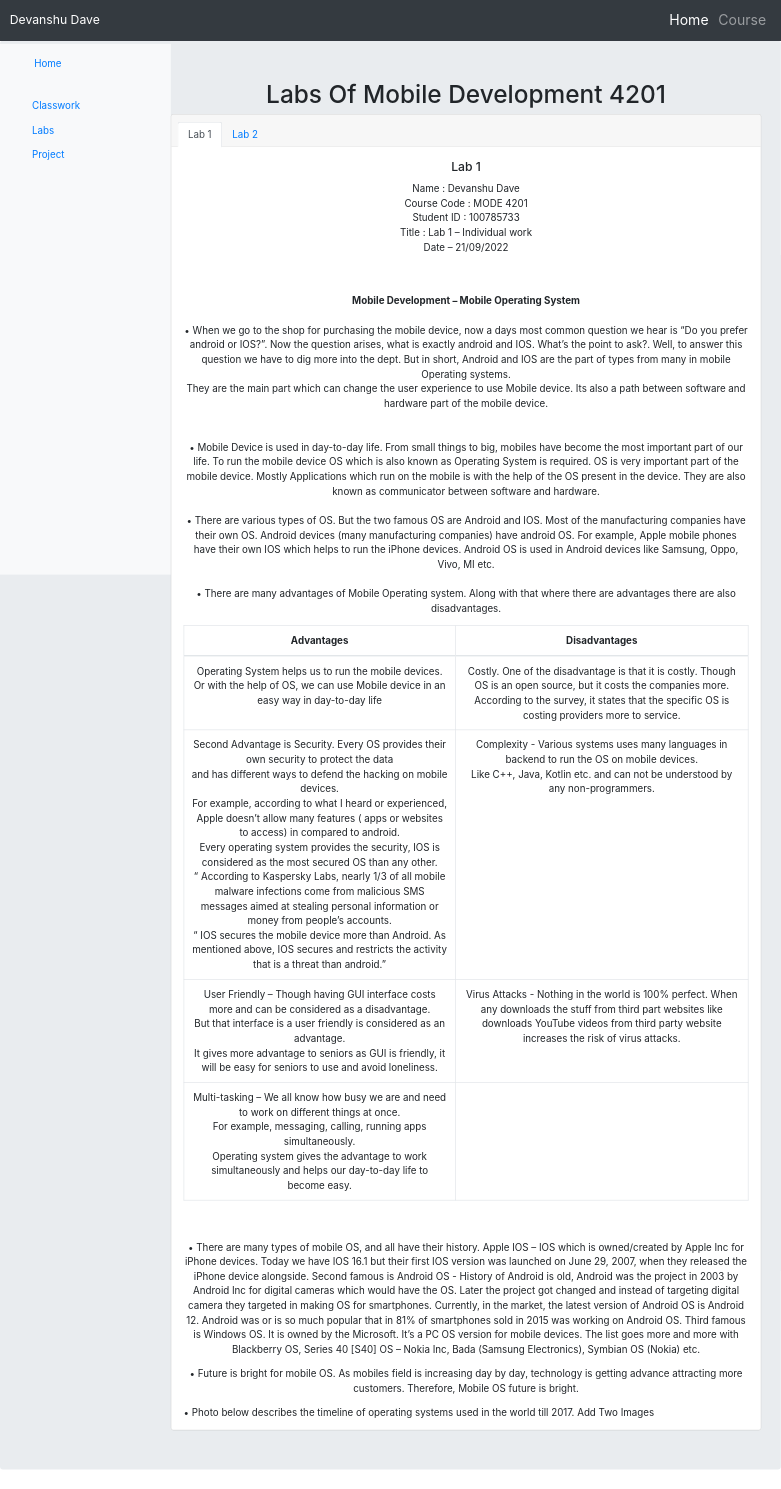
Repository: devanshudave1901/Mobile-Dev-Website
Page: labs.html
An editor plug-in stored every save of this project. The page is shown before and after the next save, followed by the edit.
The browser window is 1280 px wide. The pictures show the whole page, at 61% of full size.
Some web libraries are served in a nearby version.

Above is the page before, as saved 2022-10-05 18:45:10.

After the next save:
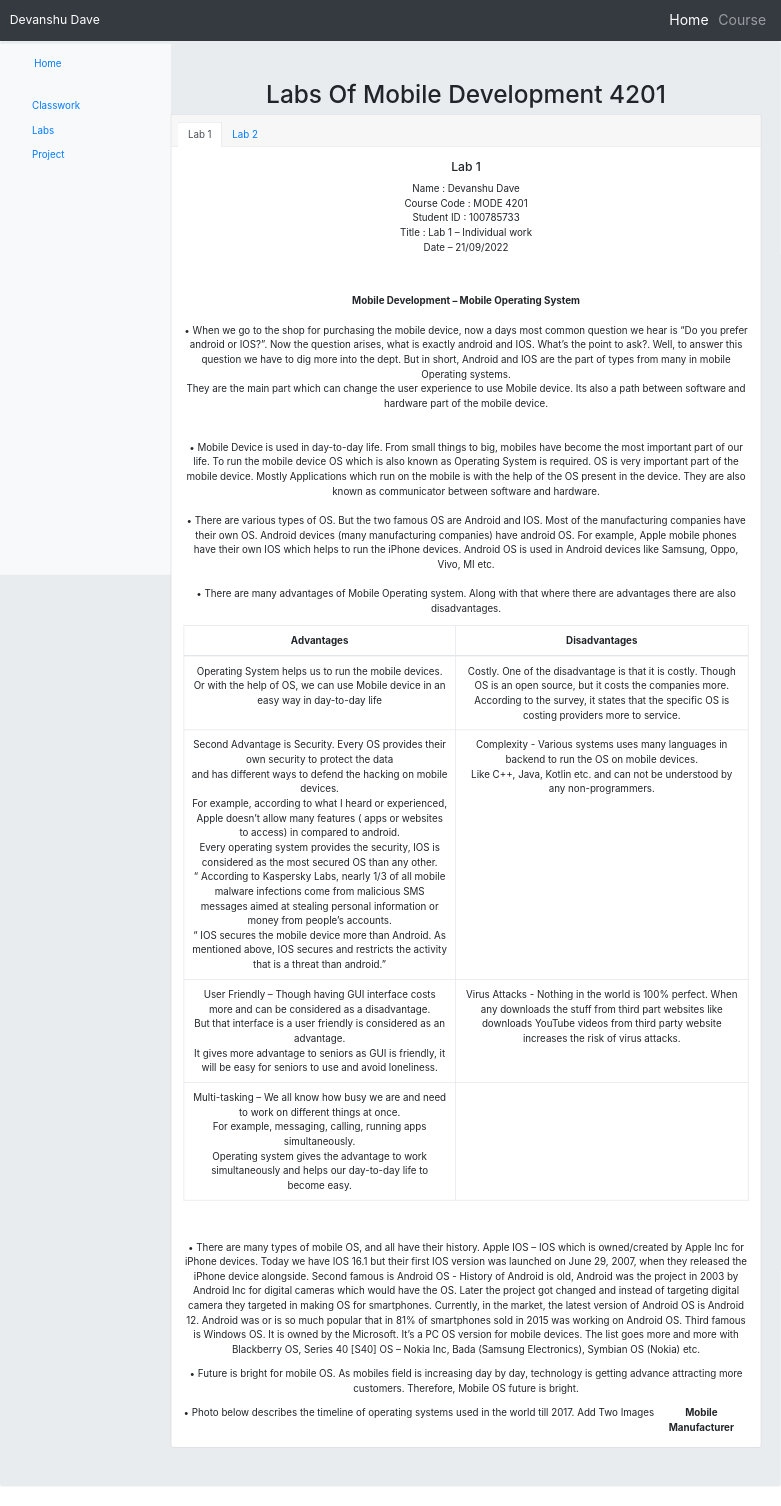
Saved 39 s later.
--- a/labs.html
+++ b/labs.html
@@ -249,7 +249,7 @@
                         •	Photo below describes the timeline of operating systems used in the world till 2017. Add Two Images
                     </p>
 
-                    <h1></h1>
+                    <b style="text-align: centre;">Mobile Manufacturer</b>
 
               </div>
               <div class="tab-pane fade" id="nav-profile" role="tabpanel" aria-labelledby="nav-profile-tab">...</div>
